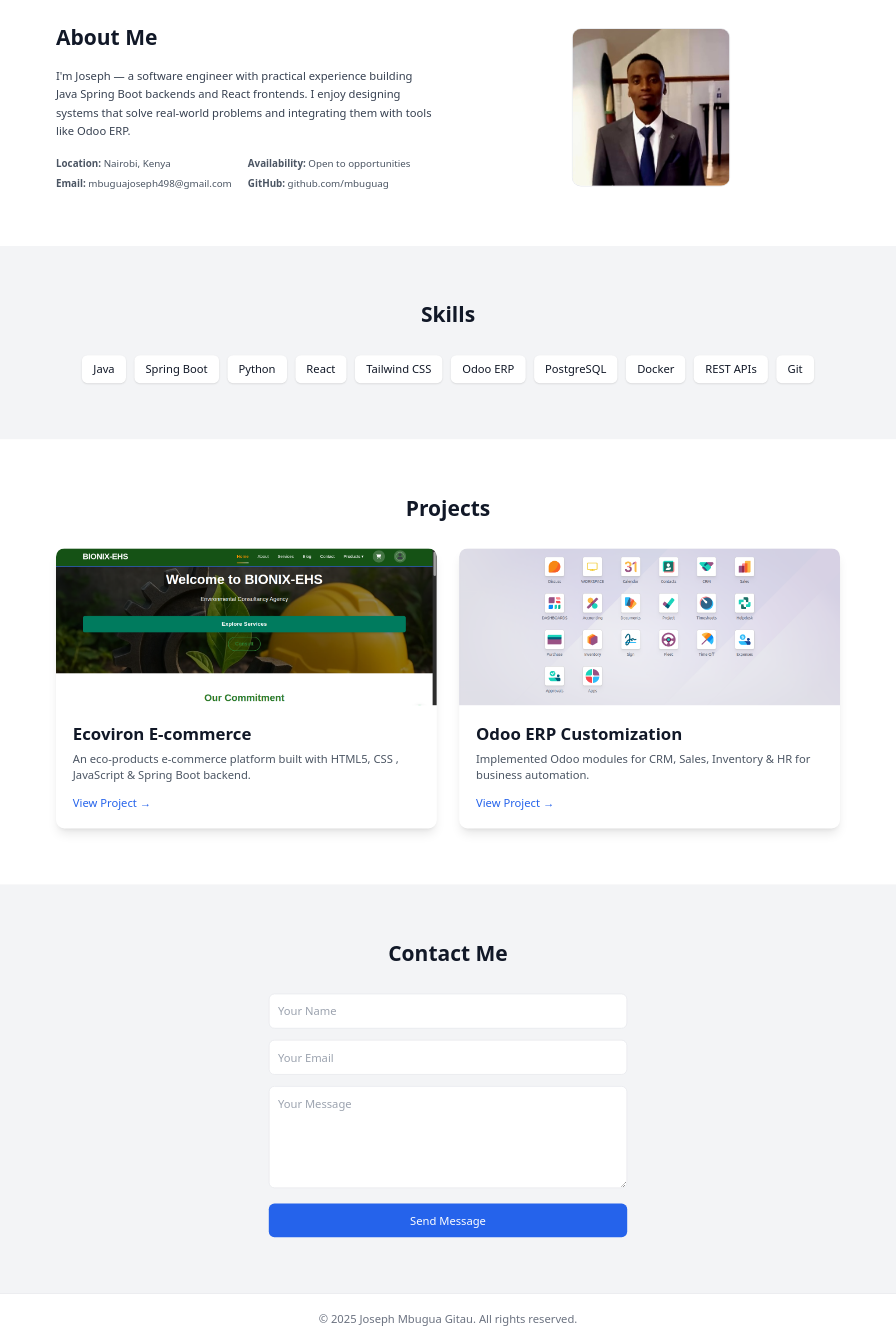
Repository: mbuguag/Portfolio
Page: /
These files come from the project's save history. The page is drawn as it stood at one moment and after the next save; the edit follows.
The browser window is 1280 px wide. The pictures show the part of the page from y = 829 to 2749 px (the page is 2749 px tall before and 2549 px after), at 70% of full size.
The project was rebuilt for these pictures with package versions that can differ from the ones it lists, and the page was loaded fresh each time. Also part of the build but not shown: vite.config.js.

Above is the page before, as saved 2025-10-24 11:04:59.

### index.html
<!doctype html>
<html lang="en">
  <head>
    <meta charset="UTF-8" />
    <link rel="icon" type="image/svg+xml" href="/vite.svg" />
    <meta name="viewport" content="width=device-width, initial-scale=1.0" />
    <title>dev-portfolio</title>
  </head>
  <body>
    <div id="root"></div>
    <script type="module" src="/src/main.jsx"></script>
  </body>
</html>

### src/App.jsx
import React from "react";
import Navbar from "./components/Navbar";
import Hero from "./components/Hero";
import About from "./components/About";
import Skills from "./components/Skills";
import Projects from "./components/Projects";
import Contact from "./components/Contact";
import Footer from "./components/Footer";

export default function App() {
  return (
    <div className="antialiased">
      <Navbar />
      <main className="pt-16">
        <Hero />
        <About />
        <Skills />
        <Projects />
        <Contact />
      </main>
      <Footer />
    </div>
  );
}

### src/index.css
@tailwind base;
@tailwind components;
@tailwind utilities;

/* Global */
:root {
  scroll-behavior: smooth;
}

body {
  @apply bg-white text-gray-900 dark:bg-gray-900 dark:text-gray-100 font-sans;
}

/* container helper */
.container {
  @apply max-w-6xl mx-auto px-4;
}

/* small utility */
.section-title {
  @apply text-3xl font-semibold mb-6;
}

.card {
  @apply bg-white dark:bg-gray-800 rounded-xl shadow-sm overflow-hidden;
}

### src/components/Navbar.jsx
import React from "react";

export default function Navbar() {
  return (
    <header className="fixed top-0 w-full bg-white/80 dark:bg-gray-900/80 backdrop-blur-md shadow-sm z-50">
      <nav className="container flex items-center justify-between py-4">
        <h1 className="text-xl font-bold text-green-600 dark:text-green-400">Joseph Mbugua</h1>
        <ul className="hidden md:flex gap-8 text-gray-700 dark:text-gray-200">
          {["Home", "About", "Skills", "Projects", "Contact"].map((item) => (
            <li key={item}>
              <a
                href={`#${item.toLowerCase()}`}
                className="hover:text-green-500 transition-colors duration-300"
              >
                {item}
              </a>
            </li>
          ))}
        </ul>
      </nav>
    </header>
  );
}

### src/components/Hero.jsx
import React from "react";

export default function Hero() {
  return (
    <section id="home" className="min-h-screen flex items-center justify-center bg-gradient-to-b from-green-50 to-white dark:from-gray-900 dark:to-gray-800">
      <div className="text-center space-y-6 px-6">
        <h1 className="text-4xl md:text-6xl font-extrabold text-gray-900 dark:text-white">
          Hi, I’m <span className="text-green-600 dark:text-green-400">Joseph Mbugua</span>
        </h1>
        <p className="text-lg md:text-xl text-gray-600 dark:text-gray-300">
          Software Engineer | Java Spring Boot | React | Odoo ERP Integration
        </p>
        <div className="flex justify-center gap-4">
          <a
            href="#projects"
            className="bg-green-600 text-white px-6 py-3 rounded-lg shadow hover:bg-green-700 transition"
          >
            View My Work
          </a>
          <a
            href="#contact"
            className="border border-green-600 text-green-600 dark:text-green-400 px-6 py-3 rounded-lg hover:bg-green-600 hover:text-white transition"
          >
            Contact Me
          </a>
        </div>
      </div>
    </section>
  );
}

### src/components/About.jsx
import React from "react";

export default function About() {
  return (
    <section id="about" className="py-20">
      <div className="container grid md:grid-cols-2 gap-10 items-center">
        <div>
          <h2 className="section-title">About Me</h2>
          <p className="text-gray-700 dark:text-gray-300 leading-relaxed">
            I'm Joseph — a software engineer with practical experience building
            Java Spring Boot backends and React frontends.
            I enjoy designing systems that solve real-world problems and integrating
            them with tools like Odoo ERP.
          </p>

          <ul className="mt-6 grid grid-cols-2 gap-2 text-sm text-gray-600 dark:text-gray-400">
            <li><strong>Location:</strong> Nairobi, Kenya</li>
            <li><strong>Availability:</strong> Open to opportunities</li>
            <li><strong>Email:</strong> mbuguajoseph498@gmail.com</li>
            <li><strong>GitHub:</strong> github.com/mbuguag</li>
          </ul>
        </div>

        <div className="flex justify-center">
          <div className="w-56 h-56 rounded-xl overflow-hidden ring-1 ring-gray-200 dark:ring-gray-700">
            <img
              src="/Profile.jpg"
              alt="Joseph Mbugua"
              className="w-full h-full object-cover"
            />
          </div>
        </div>
      </div>
    </section>
  );
}

### src/components/Skills.jsx
const skills = [
  "Java", "Spring Boot", "Python", "React", "Tailwind CSS",
  "Odoo ERP", "PostgreSQL", "Docker", "REST APIs", "Git"
];

export default function Skills() {
  return (
    <section id="skills" className="py-20 bg-gray-100 dark:bg-gray-800">
      <h2 className="text-3xl font-bold mb-10 text-center">Skills</h2>
      <div className="flex flex-wrap justify-center gap-3">
        {skills.map((skill) => (
          <span key={skill} className="px-4 py-2 bg-white dark:bg-gray-700 shadow rounded-lg">
            {skill}
          </span>
        ))}
      </div>
    </section>
  );
}

### src/components/Projects.jsx
const projects = [
  {
    title: "Ecoviron E-commerce",
    description: "An eco-products e-commerce platform built with HTML5, CSS , JavaScript & Spring Boot backend.",
    image: "/Bionix.png",
    link: "https://www.bionix-hse.co.ke",
  },
  {
    title: "Odoo ERP Customization",
    description: "Implemented Odoo modules for CRM, Sales, Inventory & HR for business automation.",
    image: "/Odoo.png",
    link: "#",
  },
];

export default function Projects() {
  return (
    <section id="projects" className="py-20 container">
      <h2 className="text-3xl font-bold mb-10 text-center">Projects</h2>
      <div className="grid md:grid-cols-2 gap-8">
        {projects.map((proj) => (
          <div key={proj.title} className="bg-white dark:bg-gray-800 rounded-xl shadow-lg overflow-hidden">
            <img src={proj.image} alt={proj.title} className="w-full h-56 object-cover" />
            <div className="p-6">
              <h3 className="text-2xl font-semibold mb-2">{proj.title}</h3>
              <p className="text-gray-600 dark:text-gray-300 mb-4">{proj.description}</p>
              <a href={proj.link} target="_blank" className="text-blue-600 hover:text-blue-800 dark:text-blue-400 dark:hover:text-blue-200">View Project →</a>
            </div>
          </div>
        ))}
      </div>
    </section>
  );
}

### src/components/Contact.jsx
export default function Contact() {
  return (
    <section id="contact" className="py-20 bg-gray-100 dark:bg-gray-800">
      <h2 className="text-3xl font-bold mb-10 text-center">Contact Me</h2>
      <form className="max-w-lg mx-auto space-y-4">
        <input type="text" placeholder="Your Name" className="w-full p-3 rounded-lg border dark:bg-gray-700 dark:border-gray-600" />
        <input type="email" placeholder="Your Email" className="w-full p-3 rounded-lg border dark:bg-gray-700 dark:border-gray-600" />
        <textarea placeholder="Your Message" rows="5" className="w-full p-3 rounded-lg border dark:bg-gray-700 dark:border-gray-600"></textarea>
        <button className="w-full bg-blue-600 text-white py-3 rounded-lg hover:bg-blue-700 transition">Send Message</button>
      </form>
    </section>
  );
}

### src/components/Footer.jsx
export default function Footer() {
  return (
    <footer className="py-6 text-center text-gray-500 dark:text-gray-400 border-t border-gray-200 dark:border-gray-700">
      © {new Date().getFullYear()} Joseph Mbugua Gitau. All rights reserved.
    </footer>
  );
}

Loaded but not shown: src/main.jsx (common file); tailwind.config.js (common file)

After the next save:
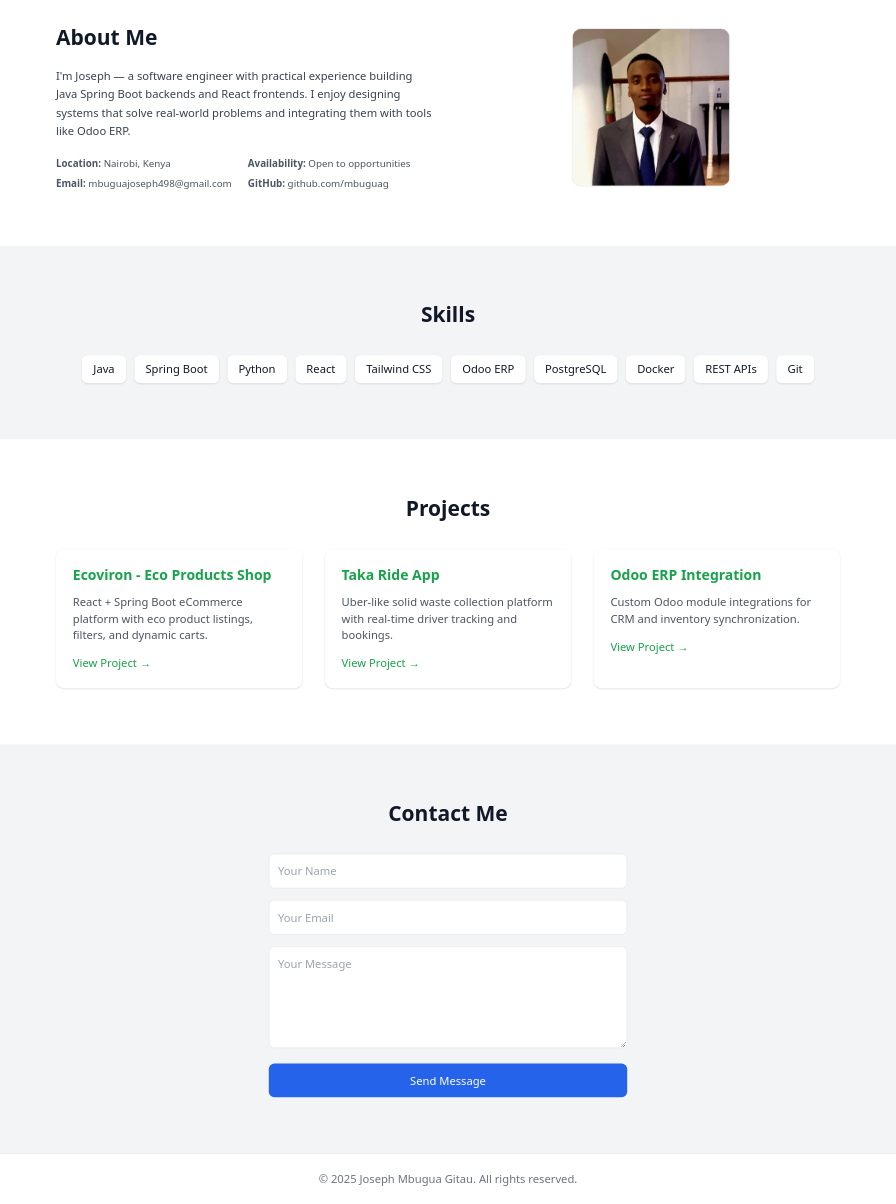
Saved 33 s later.
--- a/src/components/Projects.jsx
+++ b/src/components/Projects.jsx
@@ -1,33 +1,45 @@
+import React from "react";
+
 const projects = [
   {
-    title: "Ecoviron E-commerce",
-    description: "An eco-products e-commerce platform built with HTML5, CSS , JavaScript & Spring Boot backend.",
-    image: "/Bionix.png",
-    link: "https://www.bionix-hse.co.ke",
+    title: "Ecoviron - Eco Products Shop",
+    desc: "React + Spring Boot eCommerce platform with eco product listings, filters, and dynamic carts.",
+    link: "#",
   },
   {
-    title: "Odoo ERP Customization",
-    description: "Implemented Odoo modules for CRM, Sales, Inventory & HR for business automation.",
-    image: "/Odoo.png",
+    title: "Taka Ride App",
+    desc: "Uber-like solid waste collection platform with real-time driver tracking and bookings.",
+    link: "#",
+  },
+  {
+    title: "Odoo ERP Integration",
+    desc: "Custom Odoo module integrations for CRM and inventory synchronization.",
     link: "#",
   },
 ];
 
 export default function Projects() {
   return (
-    <section id="projects" className="py-20 container">
-      <h2 className="text-3xl font-bold mb-10 text-center">Projects</h2>
-      <div className="grid md:grid-cols-2 gap-8">
-        {projects.map((proj) => (
-          <div key={proj.title} className="bg-white dark:bg-gray-800 rounded-xl shadow-lg overflow-hidden">
-            <img src={proj.image} alt={proj.title} className="w-full h-56 object-cover" />
-            <div className="p-6">
-              <h3 className="text-2xl font-semibold mb-2">{proj.title}</h3>
-              <p className="text-gray-600 dark:text-gray-300 mb-4">{proj.description}</p>
-              <a href={proj.link} target="_blank" className="text-blue-600 hover:text-blue-800 dark:text-blue-400 dark:hover:text-blue-200">View Project →</a>
+    <section id="projects" className="py-20">
+      <div className="container">
+        <h2 className="section-title text-center">Projects</h2>
+        <div className="grid md:grid-cols-3 gap-8 mt-10">
+          {projects.map((project) => (
+            <div
+              key={project.title}
+              className="bg-white dark:bg-gray-800 rounded-xl p-6 shadow hover:shadow-xl transition"
+            >
+              <h3 className="text-xl font-semibold text-green-600 dark:text-green-400">{project.title}</h3>
+              <p className="text-gray-600 dark:text-gray-300 mt-3">{project.desc}</p>
+              <a
+                href={project.link}
+                className="inline-block mt-4 text-green-600 dark:text-green-400 hover:underline"
+              >
+                View Project →
+              </a>
             </div>
-          </div>
-        ))}
+          ))}
+        </div>
       </div>
     </section>
   );

After the save that followed:
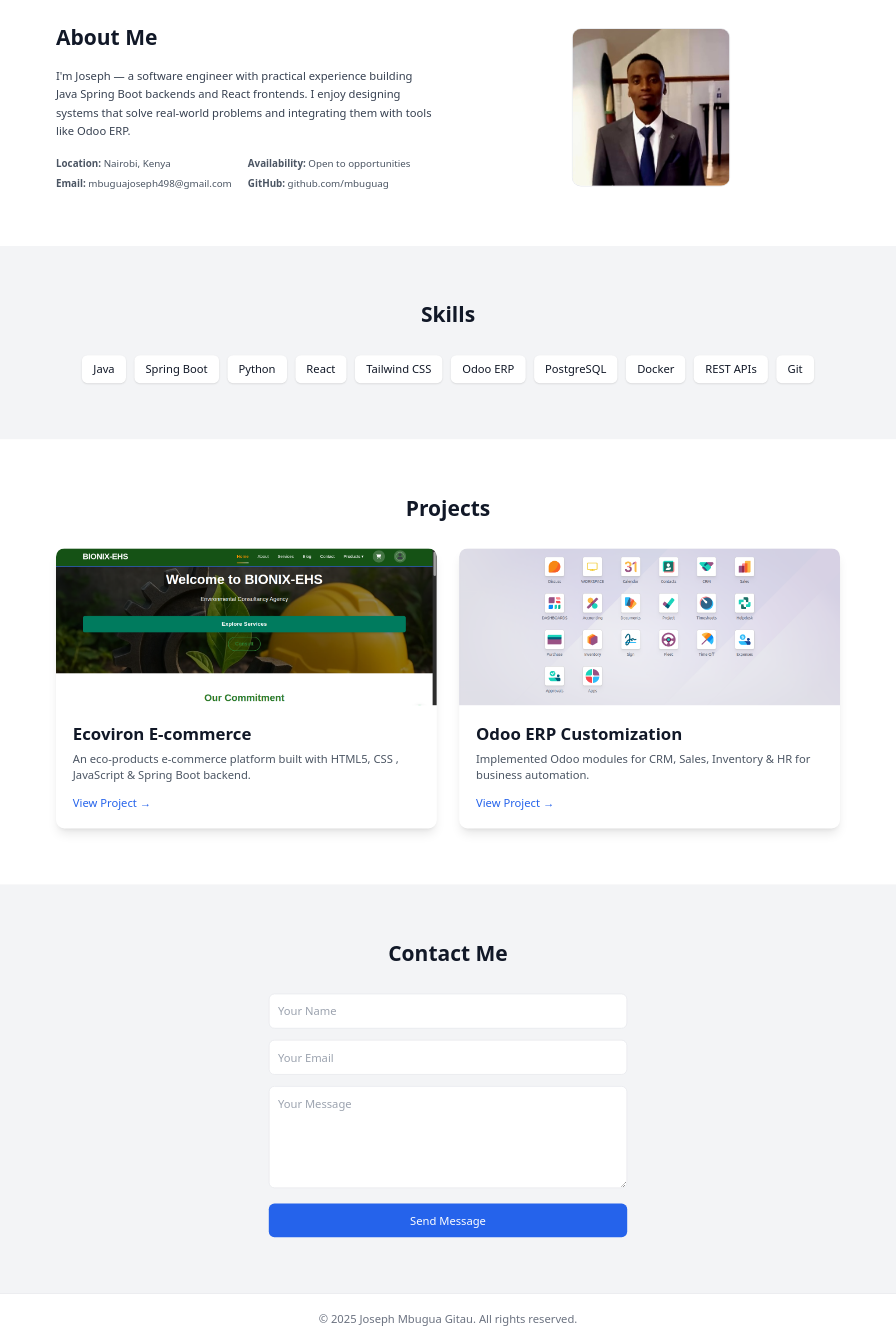
Saved 46 s later.
--- a/src/components/Projects.jsx
+++ b/src/components/Projects.jsx
@@ -1,45 +1,33 @@
-import React from "react";
-
 const projects = [
   {
-    title: "Ecoviron - Eco Products Shop",
-    desc: "React + Spring Boot eCommerce platform with eco product listings, filters, and dynamic carts.",
-    link: "#",
+    title: "Ecoviron E-commerce",
+    description: "An eco-products e-commerce platform built with HTML5, CSS , JavaScript & Spring Boot backend.",
+    image: "/Bionix.png",
+    link: "https://www.bionix-hse.co.ke",
   },
   {
-    title: "Taka Ride App",
-    desc: "Uber-like solid waste collection platform with real-time driver tracking and bookings.",
-    link: "#",
-  },
-  {
-    title: "Odoo ERP Integration",
-    desc: "Custom Odoo module integrations for CRM and inventory synchronization.",
+    title: "Odoo ERP Customization",
+    description: "Implemented Odoo modules for CRM, Sales, Inventory & HR for business automation.",
+    image: "/Odoo.png",
     link: "#",
   },
 ];
 
 export default function Projects() {
   return (
-    <section id="projects" className="py-20">
-      <div className="container">
-        <h2 className="section-title text-center">Projects</h2>
-        <div className="grid md:grid-cols-3 gap-8 mt-10">
-          {projects.map((project) => (
-            <div
-              key={project.title}
-              className="bg-white dark:bg-gray-800 rounded-xl p-6 shadow hover:shadow-xl transition"
-            >
-              <h3 className="text-xl font-semibold text-green-600 dark:text-green-400">{project.title}</h3>
-              <p className="text-gray-600 dark:text-gray-300 mt-3">{project.desc}</p>
-              <a
-                href={project.link}
-                className="inline-block mt-4 text-green-600 dark:text-green-400 hover:underline"
-              >
-                View Project →
-              </a>
+    <section id="projects" className="py-20 container">
+      <h2 className="text-3xl font-bold mb-10 text-center">Projects</h2>
+      <div className="grid md:grid-cols-2 gap-8">
+        {projects.map((proj) => (
+          <div key={proj.title} className="bg-white dark:bg-gray-800 rounded-xl shadow-lg overflow-hidden">
+            <img src={proj.image} alt={proj.title} className="w-full h-56 object-cover" />
+            <div className="p-6">
+              <h3 className="text-2xl font-semibold mb-2">{proj.title}</h3>
+              <p className="text-gray-600 dark:text-gray-300 mb-4">{proj.description}</p>
+              <a href={proj.link} target="_blank" className="text-blue-600 hover:text-blue-800 dark:text-blue-400 dark:hover:text-blue-200">View Project →</a>
             </div>
-          ))}
-        </div>
+          </div>
+        ))}
       </div>
     </section>
   );
